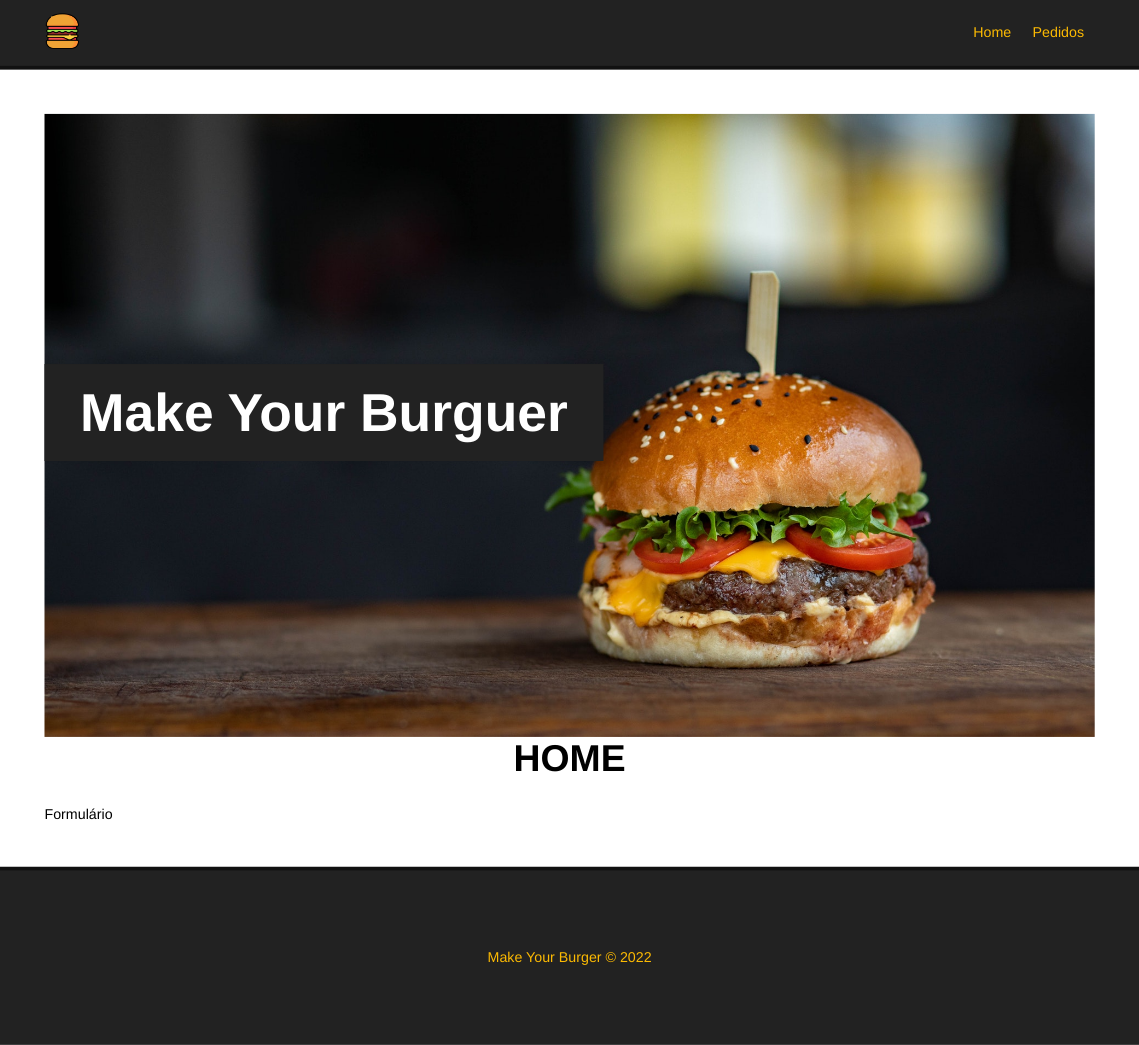
Repository: brunofa23/makeyourburguer
Page: /
The author's editor kept a copy of each file at every save. The page is drawn from the files as they stood at one save, then again after the next save.
The browser window is 1280 px wide. The pictures show the whole page, at 89% of full size.
The project was rebuilt for these pictures with package versions that can differ from the ones it lists, and the page was loaded fresh each time. Also part of the build but not shown: vue.config.js.

Above is the page before, as saved 2022-08-09 19:19:21.

After the next save:
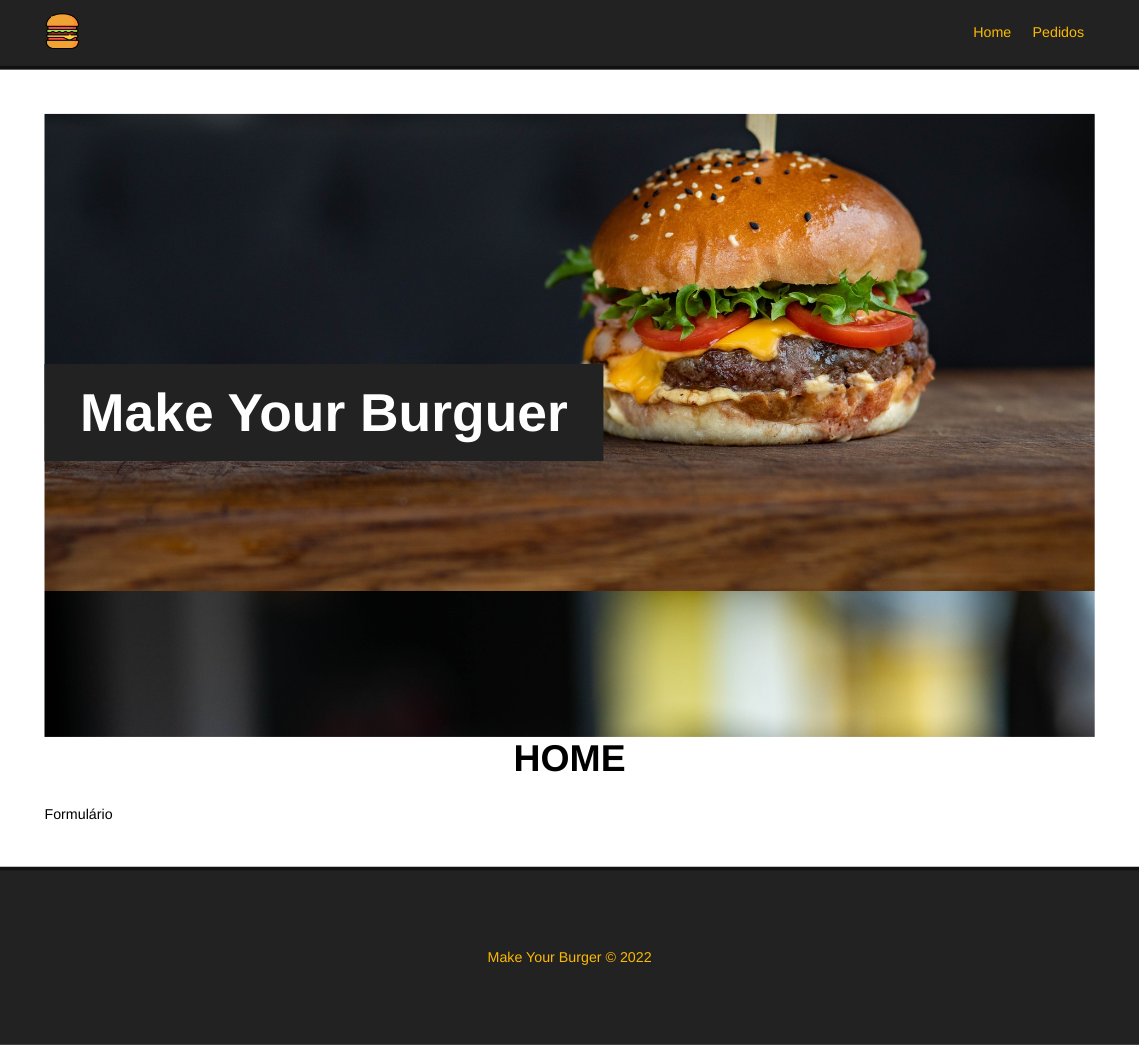
Saved 21 s later.
--- a/src/components/Banner.vue
+++ b/src/components/Banner.vue
@@ -13,7 +13,7 @@
 <style scoped>
 #main-banner{
     background-image: url('/public/img/burger.jpg');
-    /*background-position: 0 -250px;*/
+    background-position: 0 -250px;
     background-size: cover;
     height: 700px;
     width: 100%;

After the save that followed:
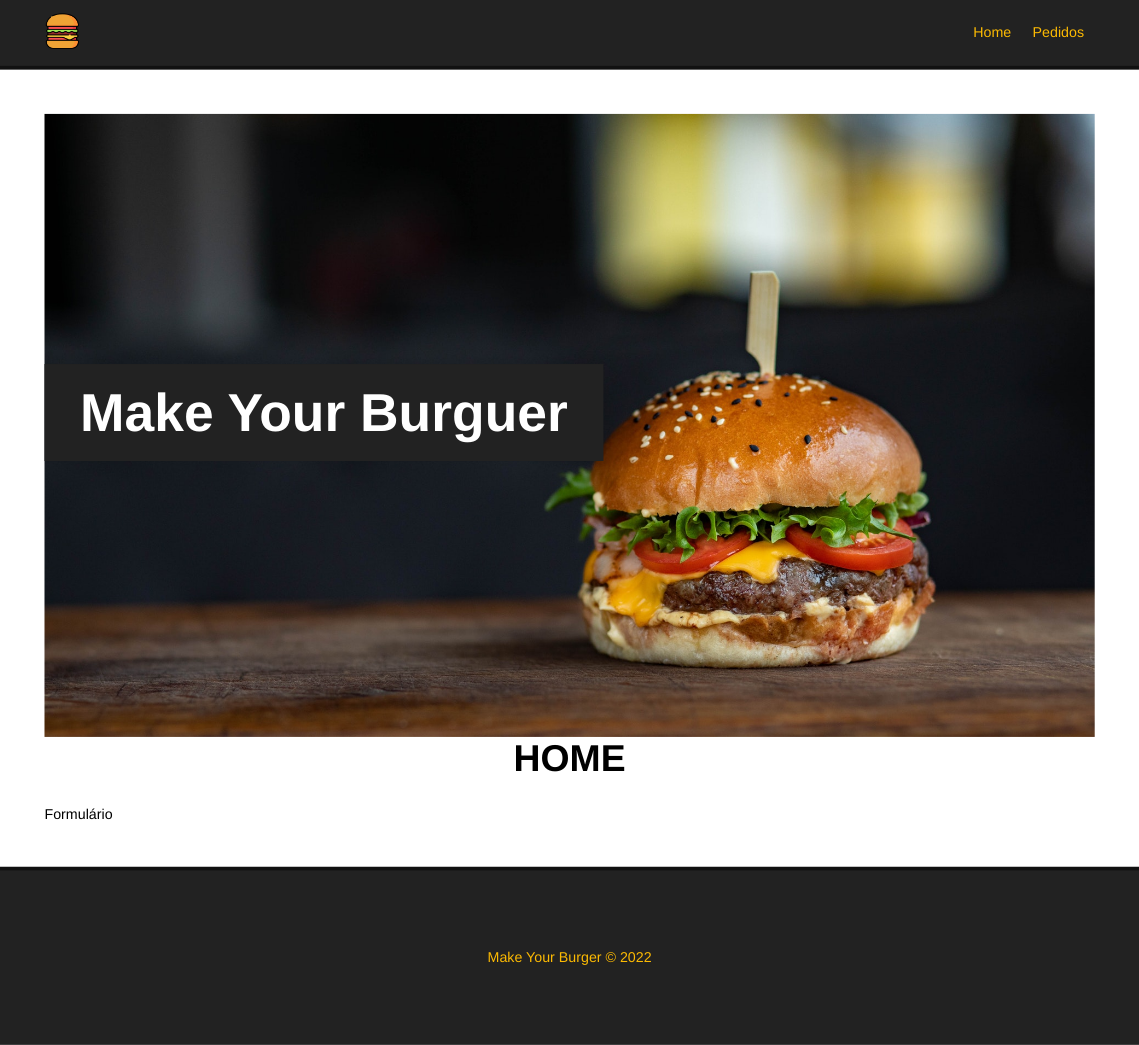
Saved 22 s later.
--- a/src/components/Banner.vue
+++ b/src/components/Banner.vue
@@ -13,7 +13,7 @@
 <style scoped>
 #main-banner{
     background-image: url('/public/img/burger.jpg');
-    background-position: 0 -250px;
+    background-position: 0 0;
     background-size: cover;
     height: 700px;
     width: 100%;
